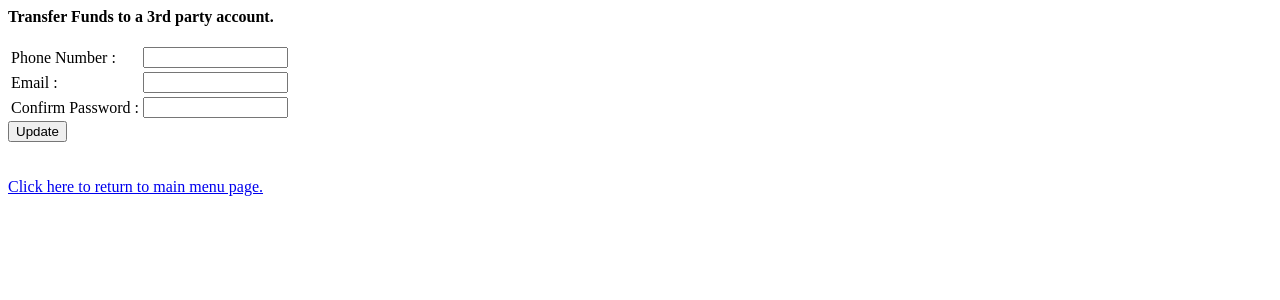
Repository: kingron98/SoftEng-Bank-Web-Application-
Page: http://localhost/SE3_BankWebApp/displayTransferFunds.jsp
These files come from the project's save history. The page is drawn as it stood at one moment and after the next save; the edit follows.
The browser window is 1280 px wide. The pictures show the whole page.
The page is served by Tomcat 9.

Above is the page before, as saved 2020-12-13 16:32:58.

After the next save:
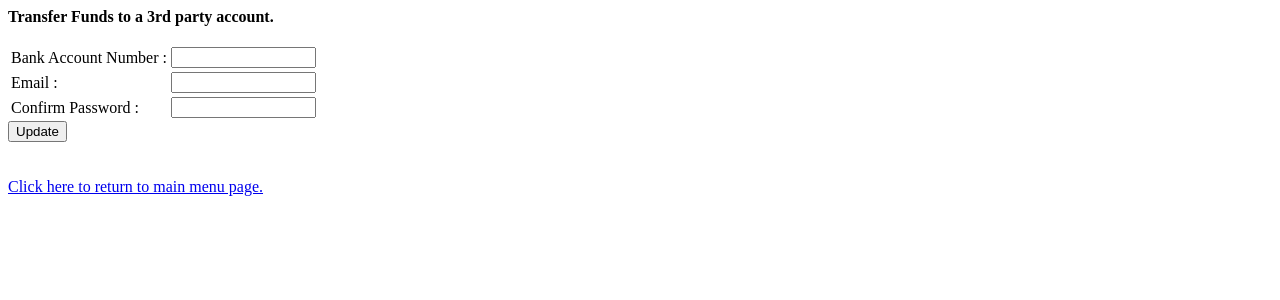
Saved 18 s later.
--- a/SE3 Bank App/Java/Workspace/SE3_BankWebApp/WebContent/displayTransferFunds.jsp
+++ b/SE3 Bank App/Java/Workspace/SE3_BankWebApp/WebContent/displayTransferFunds.jsp
@@ -15,7 +15,7 @@
 	<form action="FrontController" method="post">
     	<table>
         	<tr>
-    			<td> Phone Number  : </td><td> <input name="phoneNumber" size=15 type="text" /> </td>
+    			<td> Bank Account Number  : </td><td> <input name="phoneNumber" size=15 type="text" /> </td>
     		</tr>
             <tr>
             	<td> Email  : </td><td> <input name="email" size=15 type="text" /> </td>
